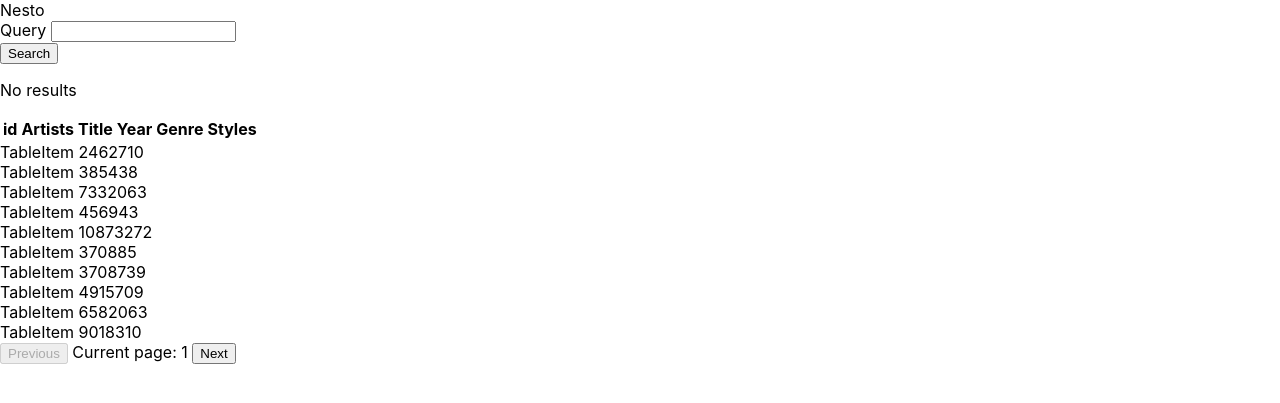
Repository: ivan-baljkas/pristupni_zadatak
Page: / (app in frontend/react-akademija-master/)
The author's editor kept a copy of each file at every save. The page is drawn from the files as they stood at one save, then again after the next save.
The browser window is 1280 px wide. The pictures show the whole page.
The project was rebuilt for these pictures with package versions that can differ from the ones it lists, and the page was loaded fresh each time.

Above is the page before, as saved 2021-07-21 13:07:35.

### frontend/react-akademija-master/src/App.js
import React from "react";
import { SearchForm } from "./components/SearchForm";
import { CollectionTable } from "./components/CollectionTable";
import { TableItem } from "./components/TableItem";
import { Pagination } from "./components/Pagination";
import data from "./data.json";

const App = () => {
  console.log(data);

  return (
    <div>
      <header>
        Nesto
      </header>
      <SearchForm>
          No results
        </SearchForm>
        <CollectionTable/>
        {data.releases.map(release=>(
          <TableItem id={release.id}/>
        ))}
        <Pagination currentPage={1} pages={2} />
    </div>
  );
};

export default App;

### frontend/react-akademija-master/src/components/SearchForm.jsx
import React, { Component } from 'react'

export const SearchForm = (props) =>{

    return(
        <div>
            <div>
                <label htmlFor="query">Query </label>
                <input type="text" id="query"/>
            </div>
            <div>
                <button type="button">Search</button>
                <p>{props.children}</p>
            </div>

        </div>
    );
};

### frontend/react-akademija-master/src/components/CollectionTable.jsx
import React, { Component } from 'react'
import { TableItem } from './TableItem';

export const CollectionTable = (props) =>{

    return(
        <div>
            <table styles="width:100%">
                <tr>
                    <th>id</th>
                    <th>Artists</th>
                    <th>Title</th>
                    <th>Year</th>
                    <th>Genre</th>
                    <th>Styles</th>
                </tr>

            </table>
        </div>
    );
};

### frontend/react-akademija-master/src/components/TableItem.jsx
import React, { Component } from 'react'

export const TableItem = (props) =>{

    return(
        <div>
            TableItem {props.id}
        </div>
    );
};

### frontend/react-akademija-master/src/components/Pagination.jsx
import React, { Component } from 'react'

export const Pagination = (props) =>{

    return(
        <div>
            <button type="button" disabled = {props.currentPage === 1}>Previous</button>
             <span>  Current page:  {props.currentPage} </span>
             <button type="button"disabled = {props.currentPage === props.pages}>Next</button>
        </div>
    );
};

### frontend/react-akademija-master/src/data.json
{
  "pagination": {
    "page": 1,
    "pages": 26,
    "per_page": 10,
    "items": 255,
    "urls": {
      "first": "https://api.discogs.com/users/adrianmusiccollector/collection/folders/0/releases?per_page=10&page=1",
      "last": "https://api.discogs.com/users/adrianmusiccollector/collection/folders/0/releases?per_page=10&page=26",
      "prev": "https://api.discogs.com/users/adrianmusiccollector/collection/folders/0/releases?per_page=10&page=1",
      "next": "https://api.discogs.com/users/adrianmusiccollector/collection/folders/0/releases?per_page=10&page=3"
    }
  },
  "releases": [
    {
      "id": 2462710,
      "instance_id": 495199692,
      "date_added": "2020-08-04T08:57:28-07:00",
      "rating": 0,
      "basic_information": {
        "id": 2462710,
        "master_id": 28197,
        "master_url": "https://api.discogs.com/masters/28197",
        "resource_url": "https://api.discogs.com/releases/2462710",
        "thumb": "",
        "cover_image": "",
        "title": "Danzig III: How The Gods Kill",
        "year": 0,
        "formats": [
          { "name": "CD", "qty": "1", "descriptions": ["Album", "Reissue"] }
        ],
        "labels": [
          {
            "name": "American Recordings",
            "catno": "491785 2",
            "entity_type": "1",
            "entity_type_name": "Label",
            "id": 2569,
            "resource_url": "https://api.discogs.com/labels/2569"
          },
          {
            "name": "Columbia",
            "catno": "02-491785-10",
            "entity_type": "1",
            "entity_type_name": "Label",
            "id": 1866,
            "resource_url": "https://api.discogs.com/labels/1866"
          }
        ],
        "artists": [
          {
            "name": "Danzig",
            "anv": "",
            "join": "",
            "role": "",
            "tracks": "",
            "id": 217411,
            "resource_url": "https://api.discogs.com/artists/217411"
          }
        ],
        "genres": ["Rock"],
        "styles": ["Blues Rock", "Hard Rock", "Heavy Metal"]
      }
    },
    {
      "id": 385438,
      "instance_id": 495284040,
      "date_added": "2020-08-04T15:46:56-07:00",
      "rating": 0,
      "basic_information": {
        "id": 385438,
        "master_id": 8636,
        "master_url": "https://api.discogs.com/masters/8636",
        "resource_url": "https://api.discogs.com/releases/385438",
        "thumb": "",
        "cover_image": "",
        "title": "For Those About To Rock We Salute You",
        "year": 1994,
        "formats": [
          {
            "name": "CD",
            "qty": "1",
            "descriptions": ["Album", "Reissue", "Remastered"]
          }
        ],
        "labels": [
          {
            "name": "ATCO Records",
            "catno": "7567-92412-2",
            "entity_type": "1",
            "entity_type_name": "Label",
            "id": 3820,
            "resource_url": "https://api.discogs.com/labels/3820"
          }
        ],
        "artists": [
          {
            "name": "AC/DC",
            "anv": "",
            "join": "",
            "role": "",
            "tracks": "",
            "id": 84752,
            "resource_url": "https://api.discogs.com/artists/84752"
          }
        ],
        "genres": ["Rock"],
        "styles": ["Hard Rock"]
      }
    },
    {
      "id": 7332063,
      "instance_id": 495260051,
      "date_added": "2020-08-04T14:14:50-07:00",
      "rating": 0,
      "basic_information": {
        "id": 7332063,
        "master_id": 8580,
        "master_url": "https://api.discogs.com/masters/8580",
        "resource_url": "https://api.discogs.com/releases/7332063",
        "thumb": "",
        "cover_image": "",
        "title": "Live",
        "year": 0,
        "formats": [
          { "name": "CD", "qty": "2", "descriptions": ["Album", "Reissue"] }
        ],
        "labels": [
          {
            "name": "ATCO Records",
            "catno": "7567-92212-2",
            "entity_type": "1",
            "entity_type_name": "Label",
            "id": 3820,
            "resource_url": "https://api.discogs.com/labels/3820"
          },
          {
            "name": "Albert Productions",
            "catno": "7567-92212-2",
            "entity_type": "1",
            "entity_type_name": "Label",
            "id": 33440,
            "resource_url": "https://api.discogs.com/labels/33440"
          }
        ],
        "artists": [
          {
            "name": "AC/DC",
            "anv": "",
            "join": "",
            "role": "",
            "tracks": "",
            "id": 84752,
            "resource_url": "https://api.discogs.com/artists/84752"
          }
        ],
        "genres": ["Rock"],
        "styles": ["Hard Rock", "Rock & Roll"]
      }
    },
    {
      "id": 456943,
      "instance_id": 495284592,
      "date_added": "2020-08-04T15:48:52-07:00",
      "rating": 0,
      "basic_information": {
        "id": 456943,
        "master_id": 8437,
        "master_url": "https://api.discogs.com/masters/8437",
        "resource_url": "https://api.discogs.com/releases/456943",
        "thumb": "",
        "cover_image": "",
        "title": "High Voltage",
        "year": 1994,
        "formats": [
          {
            "name": "CD",
            "qty": "1",
            "descriptions": ["Album", "Reissue", "Remastered"]
          }
        ],
        "labels": [
          {
            "name": "ATCO Records",
            "catno": "7567-92413-2",
            "entity_type": "1",
            "entity_type_name": "Label",
            "id": 3820,
            "resource_url": "https://api.discogs.com/labels/3820"
          },
          {
            "name": "ATCO Records",
            "catno": "92413-2",
            "entity_type": "1",
            "entity_type_name": "Label",
            "id": 3820,
            "resource_url": "https://api.discogs.com/labels/3820"
          }
        ],
        "artists": [
          {
            "name": "AC/DC",
            "anv": "",
            "join": "",
            "role": "",
            "tracks": "",
            "id": 84752,
            "resource_url": "https://api.discogs.com/artists/84752"
          }
        ],
        "genres": ["Rock"],
        "styles": ["Hard Rock"]
      }
    },
    {
      "id": 10873272,
      "instance_id": 719463895,
      "date_added": "2021-05-31T11:07:58-07:00",
      "rating": 0,
      "basic_information": {
        "id": 10873272,
        "master_id": 315130,
        "master_url": "https://api.discogs.com/masters/315130",
        "resource_url": "https://api.discogs.com/releases/10873272",
        "thumb": "",
        "cover_image": "",
        "title": "Lightning Strikes",
        "year": 1986,
        "formats": [{ "name": "CD", "qty": "1", "descriptions": ["Album"] }],
        "labels": [
          {
            "name": "ATCO Records",
            "catno": "790 512-2",
            "entity_type": "1",
            "entity_type_name": "Label",
            "id": 3820,
            "resource_url": "https://api.discogs.com/labels/3820"
          },
          {
            "name": "ATCO Records",
            "catno": "90512-2",
            "entity_type": "1",
            "entity_type_name": "Label",
            "id": 3820,
            "resource_url": "https://api.discogs.com/labels/3820"
          }
        ],
        "artists": [
          {
            "name": "Loudness (5)",
            "anv": "",
            "join": "",
            "role": "",
            "tracks": "",
            "id": 594808,
            "resource_url": "https://api.discogs.com/artists/594808"
          }
        ],
        "genres": ["Rock"],
        "styles": ["Hard Rock", "Heavy Metal"]
      }
    },
    {
      "id": 370885,
      "instance_id": 495193819,
      "date_added": "2020-08-04T08:15:48-07:00",
      "rating": 0,
      "basic_information": {
        "id": 370885,
        "master_id": 8670,
        "master_url": "https://api.discogs.com/masters/8670",
        "resource_url": "https://api.discogs.com/releases/370885",
        "thumb": "",
        "cover_image": "",
        "title": "The Razors Edge",
        "year": 1990,
        "formats": [{ "name": "CD", "qty": "1", "descriptions": ["Album"] }],
        "labels": [
          {
            "name": "ATCO Records",
            "catno": "7567-91413-2",
            "entity_type": "1",
            "entity_type_name": "Label",
            "id": 3820,
            "resource_url": "https://api.discogs.com/labels/3820"
          },
          {
            "name": "ATCO Records",
            "catno": "7567-91413-2 YS",
            "entity_type": "1",
            "entity_type_name": "Label",
            "id": 3820,
            "resource_url": "https://api.discogs.com/labels/3820"
          },
          {
            "name": "Albert Productions",
            "catno": "7567-91413-2",
            "entity_type": "1",
            "entity_type_name": "Label",
            "id": 33440,
            "resource_url": "https://api.discogs.com/labels/33440"
          },
          {
            "name": "Albert Productions",
            "catno": "7567-91413-2 YS",
            "entity_type": "1",
            "entity_type_name": "Label",
            "id": 33440,
            "resource_url": "https://api.discogs.com/labels/33440"
          }
        ],
        "artists": [
          {
            "name": "AC/DC",
            "anv": "",
            "join": "",
            "role": "",
            "tracks": "",
            "id": 84752,
            "resource_url": "https://api.discogs.com/artists/84752"
          }
        ],
        "genres": ["Rock"],
        "styles": ["Hard Rock"]
      }
    },
    {
      "id": 3708739,
      "instance_id": 659792917,
      "date_added": "2021-04-01T02:51:07-07:00",
      "rating": 0,
      "basic_information": {
        "id": 3708739,
        "master_id": 451115,
        "master_url": "https://api.discogs.com/masters/451115",
        "resource_url": "https://api.discogs.com/releases/3708739",
        "thumb": "",
        "cover_image": "",
        "title": "Loudness",
        "year": 1992,
        "formats": [{ "name": "CD", "qty": "1", "descriptions": ["Album"] }],
        "labels": [
          {
            "name": "ATCO Records",
            "catno": "WPCL-657",
            "entity_type": "1",
            "entity_type_name": "Label",
            "id": 3820,
            "resource_url": "https://api.discogs.com/labels/3820"
          },
          {
            "name": "Warner Music Japan",
            "catno": "WPCL-657",
            "entity_type": "1",
            "entity_type_name": "Label",
            "id": 52253,
            "resource_url": "https://api.discogs.com/labels/52253"
          }
        ],
        "artists": [
          {
            "name": "Loudness (5)",
            "anv": "",
            "join": "",
            "role": "",
            "tracks": "",
            "id": 594808,
            "resource_url": "https://api.discogs.com/artists/594808"
          }
        ],
        "genres": ["Rock"],
        "styles": ["Speed Metal", "Hard Rock", "Heavy Metal"]
      }
    },
    {
      "id": 4915709,
      "instance_id": 495258801,
      "date_added": "2020-08-04T14:09:39-07:00",
      "rating": 0,
      "basic_information": {
        "id": 4915709,
        "master_id": 578071,
        "master_url": "https://api.discogs.com/masters/578071",
        "resource_url": "https://api.discogs.com/releases/4915709",
        "thumb": "",
        "cover_image": "",
        "title": "Operation Mindcrime + Queen Of The Reich ",
        "year": 1999,
        "formats": [
          {
            "name": "CD",
            "qty": "2",
            "text": "Media book",
            "descriptions": [
              "Compilation",
              "Deluxe Edition",
              "Reissue",
              "Remastered"
            ]
          }
        ],
        "labels": [
          {
            "name": "Axe Killer Records",
            "catno": "3052182",
            "entity_type": "1",
            "entity_type_name": "Label",
            "id": 83934,
            "resource_url": "https://api.discogs.com/labels/83934"
          },
          {
            "name": "Axe Killer Records",
            "catno": "Wag 351",
            "entity_type": "1",
            "entity_type_name": "Label",
            "id": 83934,
            "resource_url": "https://api.discogs.com/labels/83934"
          }
        ],
        "artists": [
          {
            "name": "Queensr\u00ffche",
            "anv": "",
            "join": "",
            "role": "",
            "tracks": "",
            "id": 255363,
            "resource_url": "https://api.discogs.com/artists/255363"
          }
        ],
        "genres": ["Rock"],
        "styles": ["Heavy Metal"]
      }
    },
    {
      "id": 6582063,
      "instance_id": 495262219,
      "date_added": "2020-08-04T14:24:02-07:00",
      "rating": 0,
      "basic_information": {
        "id": 6582063,
        "master_id": 29521,
        "master_url": "https://api.discogs.com/masters/29521",
        "resource_url": "https://api.discogs.com/releases/6582063",
        "thumb": "",
        "cover_image": "",
        "title": "Metal Heart",
        "year": 0,
        "formats": [
          {
            "name": "CD",
            "qty": "1",
            "descriptions": ["Album", "Reissue", "Remastered", "Repress"]
          }
        ],
        "labels": [
          {
            "name": "BMG",
            "catno": "74321 93213 2",
            "entity_type": "1",
            "entity_type_name": "Label",
            "id": 1003,
            "resource_url": "https://api.discogs.com/labels/1003"
          },
          {
            "name": "RCA",
            "catno": "74321 93213 2",
            "entity_type": "1",
            "entity_type_name": "Label",
            "id": 895,
            "resource_url": "https://api.discogs.com/labels/895"
          },
          {
            "name": "Musicline.de",
            "catno": "74321 93213 2",
            "entity_type": "1",
            "entity_type_name": "Label",
            "id": 651772,
            "resource_url": "https://api.discogs.com/labels/651772"
          }
        ],
        "artists": [
          {
            "name": "Accept",
            "anv": "",
            "join": "",
            "role": "",
            "tracks": "",
            "id": 271475,
            "resource_url": "https://api.discogs.com/artists/271475"
          }
        ],
        "genres": ["Rock"],
        "styles": ["Heavy Metal"]
      }
    },
    {
      "id": 9018310,
      "instance_id": 495282966,
      "date_added": "2020-08-04T15:43:26-07:00",
      "rating": 0,
      "basic_information": {
        "id": 9018310,
        "master_id": 4844,
        "master_url": "https://api.discogs.com/masters/4844",
        "resource_url": "https://api.discogs.com/releases/9018310",
        "thumb": "",
        "cover_image": "",
        "title": "Master Of Reality",
        "year": 2014,
        "formats": [
          {
            "name": "CD",
            "qty": "1",
            "text": "Digipak",
            "descriptions": ["Album", "Reissue", "Remastered"]
          }
        ],
        "labels": [
          {
            "name": "BMG",
            "catno": "2730325",
            "entity_type": "1",
            "entity_type_name": "Label",
            "id": 1003,
            "resource_url": "https://api.discogs.com/labels/1003"
          },
          {
            "name": "Sanctuary",
            "catno": "2730325",
            "entity_type": "1",
            "entity_type_name": "Label",
            "id": 28233,
            "resource_url": "https://api.discogs.com/labels/28233"
          }
        ],
        "artists": [
          {
            "name": "Black Sabbath",
            "anv": "",
            "join": "",
            "role": "",
            "tracks": "",
            "id": 144998,
            "resource_url": "https://api.discogs.com/artists/144998"
          }
        ],
        "genres": ["Rock"],
        "styles": ["Hard Rock", "Heavy Metal"]
      }
    }
  ]
}

Loaded but not shown: frontend/react-akademija-master/public/index.html (common file); frontend/react-akademija-master/src/index.js (common file); frontend/react-akademija-master/src/index.css (common file); frontend/react-akademija-master/src/reportWebVitals.js (common file)

After the next save:
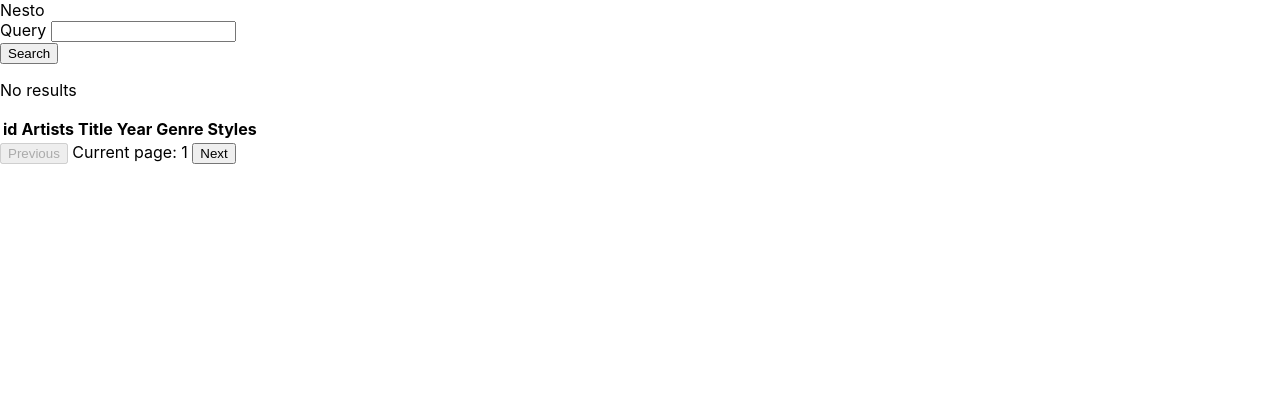
Saved 35 s later.
--- a/frontend/react-akademija-master/src/App.js
+++ b/frontend/react-akademija-master/src/App.js
@@ -16,10 +16,11 @@
       <SearchForm>
           No results
         </SearchForm>
-        <CollectionTable/>
+        <CollectionTable>
         {data.releases.map(release=>(
           <TableItem id={release.id}/>
         ))}
+        </CollectionTable>
         <Pagination currentPage={1} pages={2} />
     </div>
   );

After the save that followed:
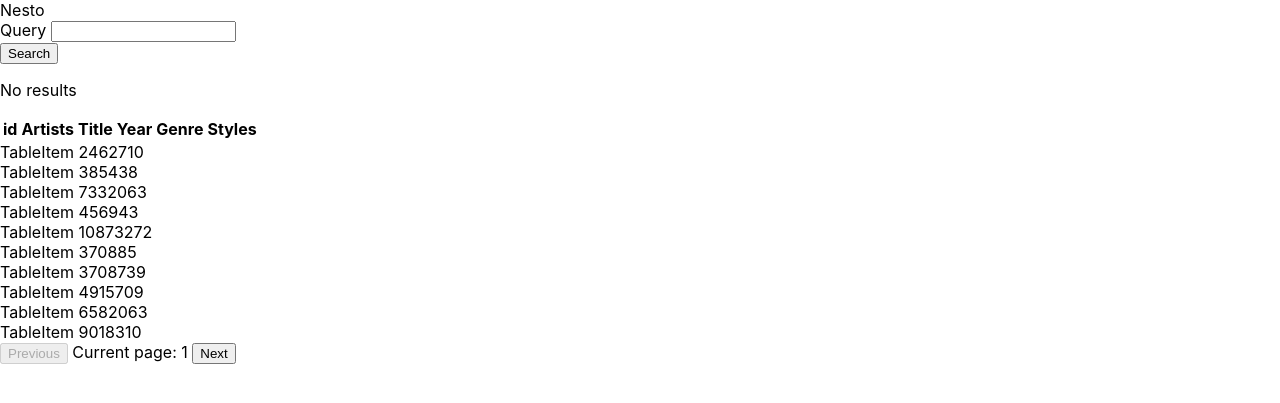
Saved 17 s later.
--- a/frontend/react-akademija-master/src/App.js
+++ b/frontend/react-akademija-master/src/App.js
@@ -16,11 +16,10 @@
       <SearchForm>
           No results
         </SearchForm>
-        <CollectionTable>
+        <CollectionTable />
         {data.releases.map(release=>(
           <TableItem id={release.id}/>
         ))}
-        </CollectionTable>
         <Pagination currentPage={1} pages={2} />
     </div>
   );
